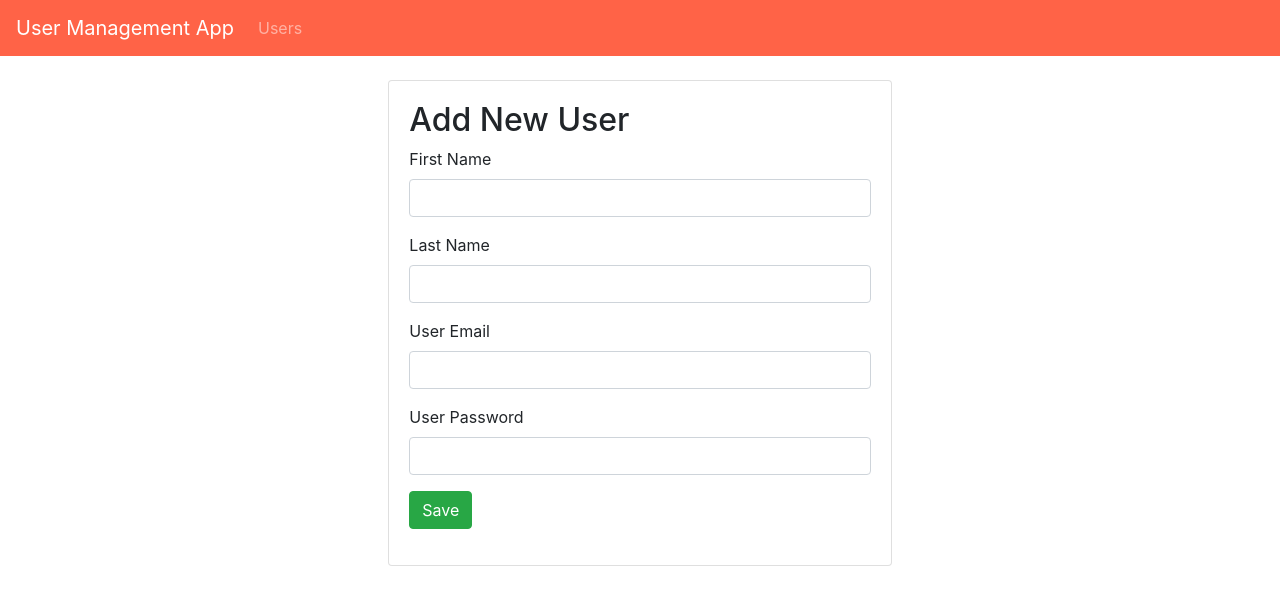
Repository: Niket-mishra/Dummy
Page: http://localhost/demo/user-form.jsp
An editor plug-in stored every save of this project. The page is shown before and after the next save, followed by the edit.
The browser window is 1280 px wide. The pictures show the whole page.
The page is served by Tomcat 10. Nobody is signed in. The application's start-up code is not run. Other server files are loaded and not shown.

Above is the page before, as saved 2024-05-12 10:26:41.

### demo/src/main/webapp/user-form.jsp
<%@ page language="java" contentType="text/html; charset=UTF-8"
 pageEncoding="UTF-8"%>
    <%@ taglib uri="http://java.sun.com/jsp/jstl/core" prefix="c"%>
        <html>

        <head>
            <title>User Management Application</title>
            <link rel="stylesheet" href="https://stackpath.bootstrapcdn.com/bootstrap/4.3.1/css/bootstrap.min.css" integrity="sha384-ggOyR0iXCbMQv3Xipma34MD+dH/1fQ784/j6cY/iJTQUOhcWr7x9JvoRxT2MZw1T" crossorigin="anonymous">
        </head>

        <body>

            <header>
                <nav class="navbar navbar-expand-md navbar-dark" style="background-color: tomato">
                    <div>
                        <a href="https://www.javaguides.net" class="navbar-brand"> User Management App </a>
                    </div>

                    <ul class="navbar-nav">
                        <li><a href="<%=request.getContextPath()%>/list" class="nav-link">Users</a></li>
                    </ul>
                </nav>
            </header>
            <br>
            <div class="container col-md-5">
                <div class="card">
                    <div class="card-body">
                        <c:if test="${user != null}">
                            <form action="update" method="post">
                        </c:if>
                        <c:if test="${user == null}">
                            <form action="insert" method="post">
                        </c:if>

                        <caption>
                            <h2>
                                <c:if test="${user != null}">
                                    Edit User
                                </c:if>
                                <c:if test="${user == null}">
                                    Add New User
                                </c:if>
                            </h2>
                        </caption>

                        <c:if test="${user != null}">
                            <input type="hidden" name="id" value="<c:out value='${user.id}' />" />
                        </c:if>

                        <fieldset class="form-group">
                            <label>First Name</label> <input type="text" value="<c:out value='${user.fname}' />" class="form-control" name="name" required="required">
                        </fieldset>
                        <fieldset class="form-group">
                            <label>Last Name</label> <input type="text" value="<c:out value='${user.lname}' />" class="form-control" name="name" required="required">
                        </fieldset>

                        <fieldset class="form-group">
                            <label>User Email</label> <input type="text" value="<c:out value='${user.email}' />" class="form-control" name="email">
                        </fieldset>

                        <fieldset class="form-group">
                            <label>User Password</label> <input type="text" value="<c:out value='${user.password}' />" class="form-control" name="country">
                        </fieldset>

                        <button type="submit" class="btn btn-success">Save</button>
                        </form>
                    </div>
                </div>
            </div>
        </body>

        </html>

After the next save:
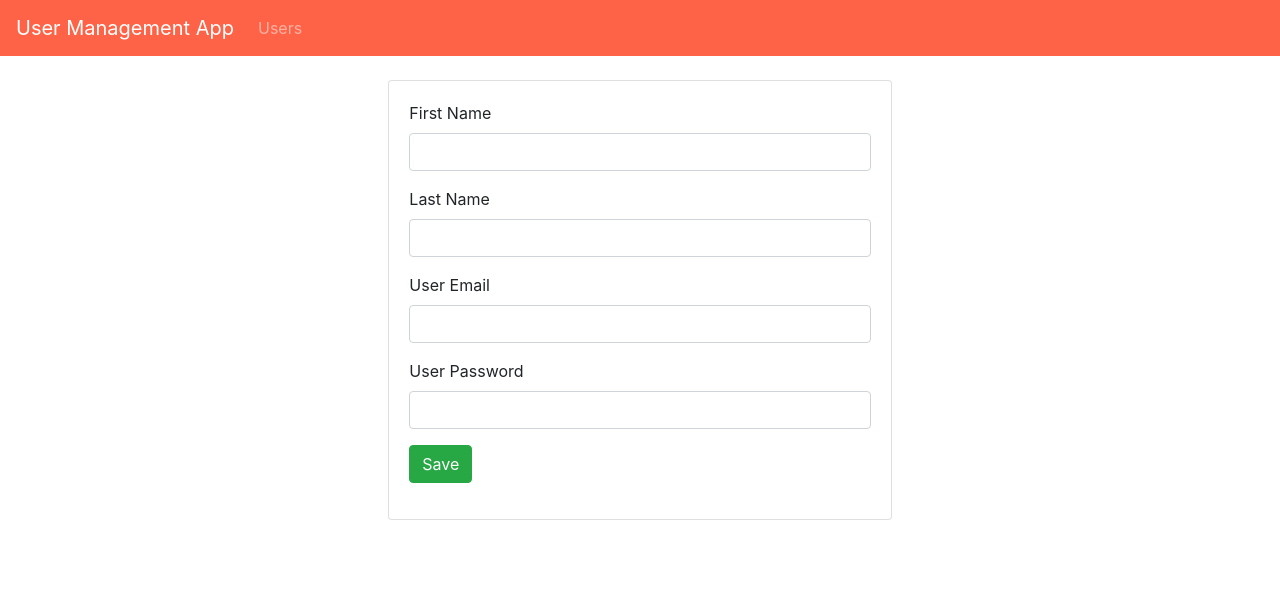
Saved 69 s later.
--- a/demo/src/main/webapp/user-form.jsp
+++ b/demo/src/main/webapp/user-form.jsp
@@ -32,16 +32,7 @@
                             <form action="insert" method="post">
                         </c:if>
 
-                        <caption>
-                            <h2>
-                                <c:if test="${user != null}">
-                                    Edit User
-                                </c:if>
-                                <c:if test="${user == null}">
-                                    Add New User
-                                </c:if>
-                            </h2>
-                        </caption>
+
 
                         <c:if test="${user != null}">
                             <input type="hidden" name="id" value="<c:out value='${user.id}' />" />
